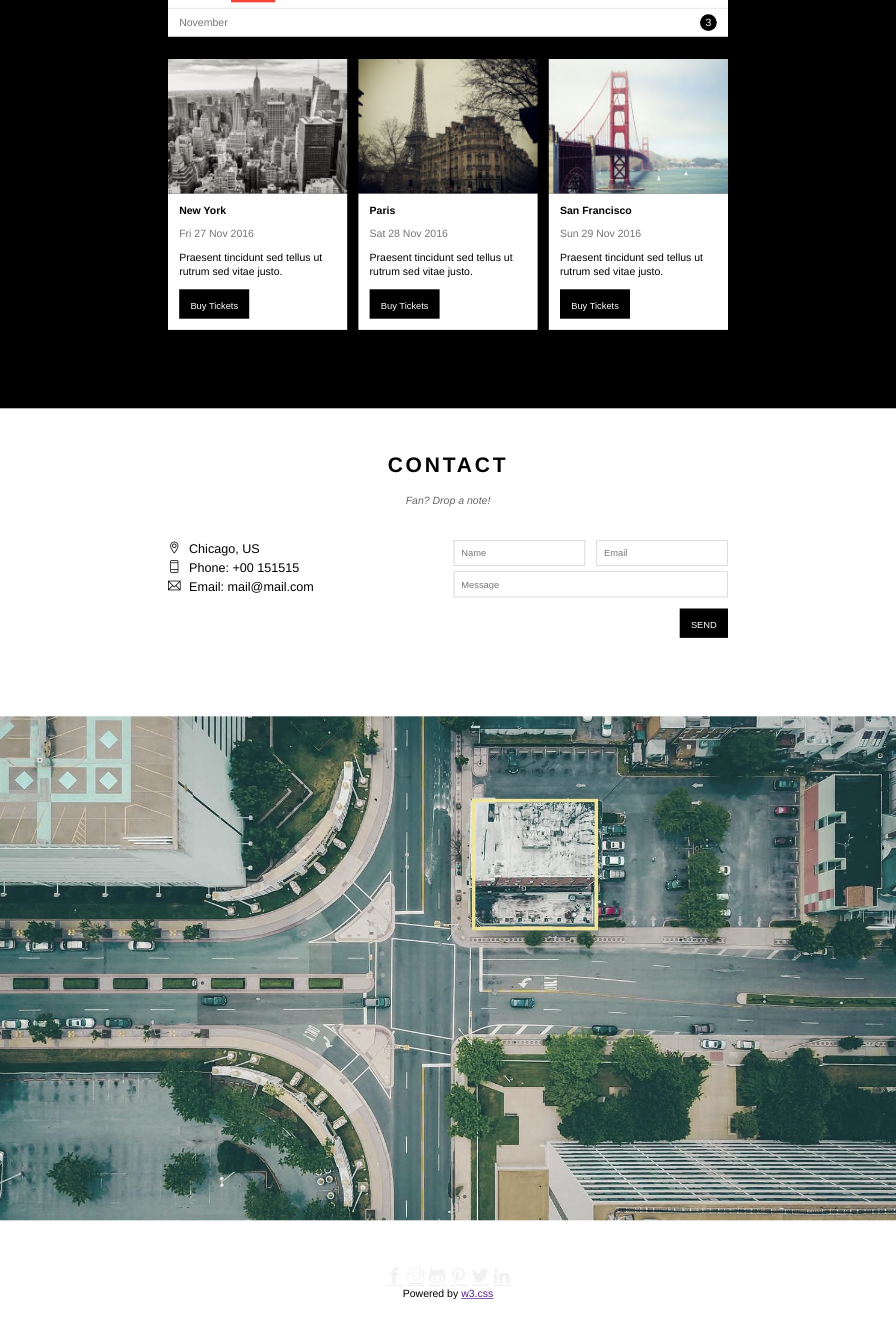
Repository: phongngotrong/w3school_reup
Page: index.html
An editor plug-in stored every save of this project. The page is shown before and after the next save, followed by the edit.
The browser window is 1280 px wide. The pictures show the part of the page from y = 1566 to 3486 px (the page is 3486 px tall), at 70% of full size.

Above is the page before, as saved 2021-12-24 14:57:32.

After the next save:
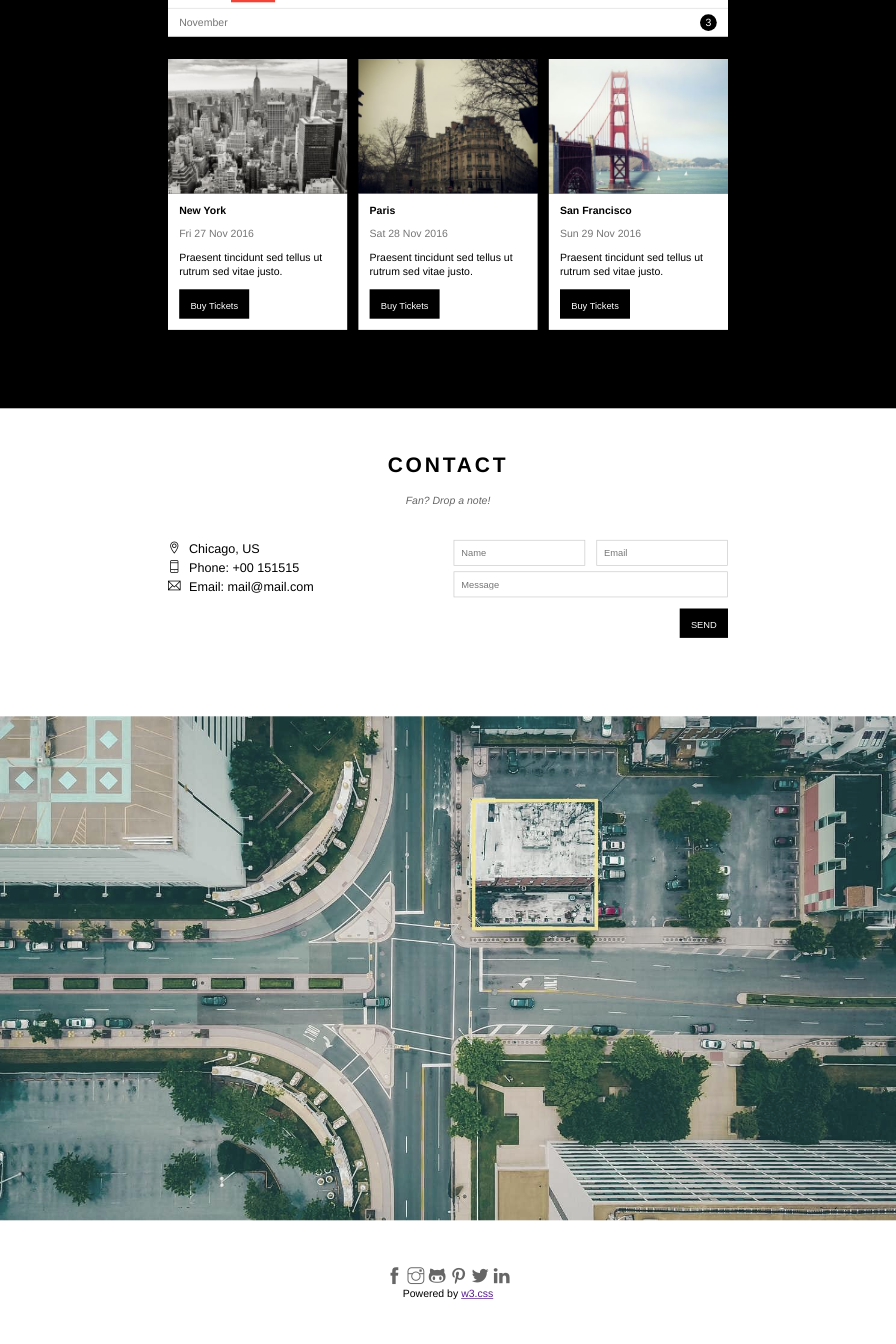
Saved 56 s later.
--- a/assets/css/style.css
+++ b/assets/css/style.css
@@ -501,7 +501,8 @@
 }
 
 #footer .social-list a {
-  color: #f1f1f1;
+  color: rgba(0, 0, 0, 0.6);
+  text-decoration: none;
 }
 
 /* Tạo hoạt ảnh  */
